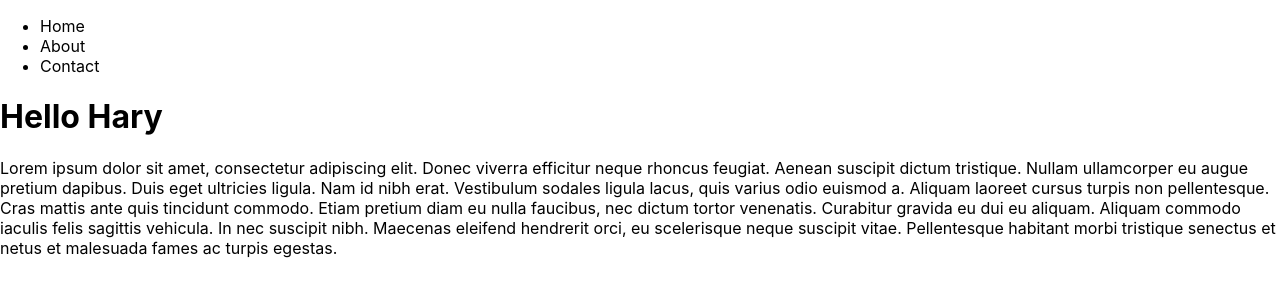
Repository: SujanNagaju/react-demo
Page: /
These files come from the project's save history. The page is drawn as it stood at one moment and after the next save; the edit follows.
The browser window is 1280 px wide. The pictures show the whole page.
The project was rebuilt for these pictures with package versions that can differ from the ones it lists, and the page was loaded fresh each time. Also part of the build but not shown: src/App.css.

Above is the page before, as saved 2024-12-28 22:45:18.

After the next save:
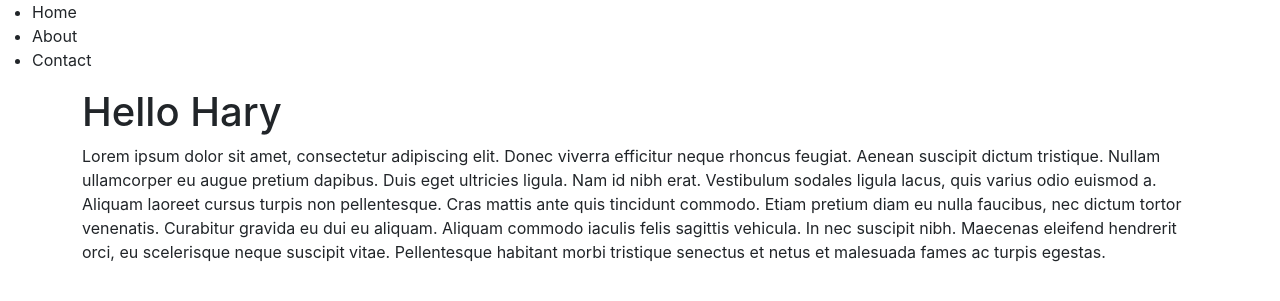
Saved 28 s later.
--- a/public/index.html
+++ b/public/index.html
@@ -24,6 +24,7 @@
       work correctly both with client-side routing and a non-root public URL.
       Learn how to configure a non-root public URL by running `npm run build`.
     -->
+    <link href="https://cdn.jsdelivr.net/npm/bootstrap@5.3.3/dist/css/bootstrap.min.css" rel="stylesheet" integrity="sha384-QWTKZyjpPEjISv5WaRU9OFeRpok6YctnYmDr5pNlyT2bRjXh0JMhjY6hW+ALEwIH" crossorigin="anonymous">
     <title>React App</title>
   </head>
   <body>
